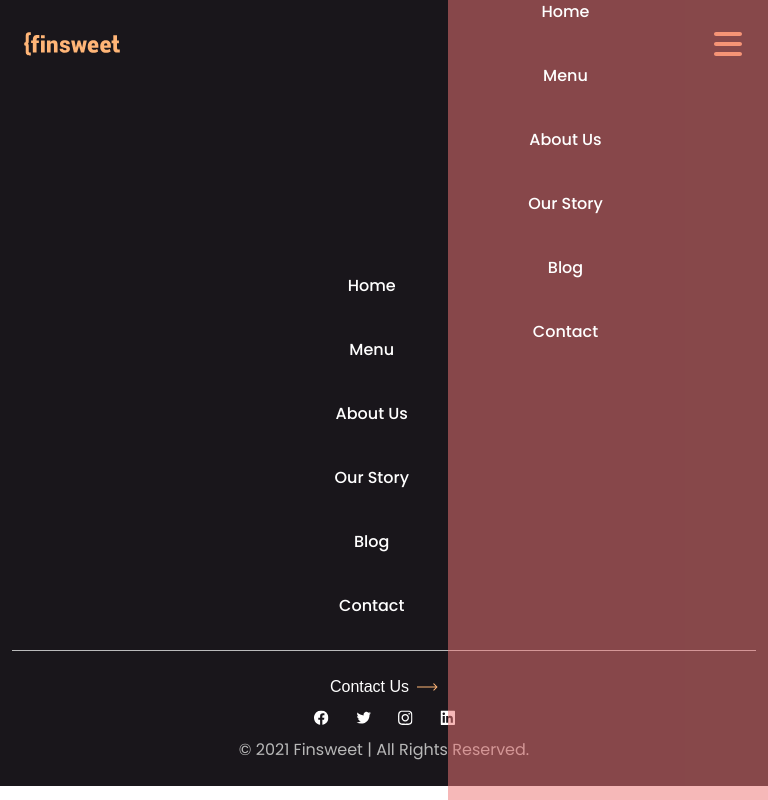
Repository: Minns-Cao/project-finsweet
Page: contact.html
The author's editor kept a copy of each file at every save. The page is drawn from the files as they stood at one save, then again after a run of saves.
The browser window is 768 px wide. The pictures show the whole page.
Some web fonts or font styles are not loaded; a fallback is used.

Above is the page before, as saved 2023-04-28 15:32:21.

After the next 2 saves:
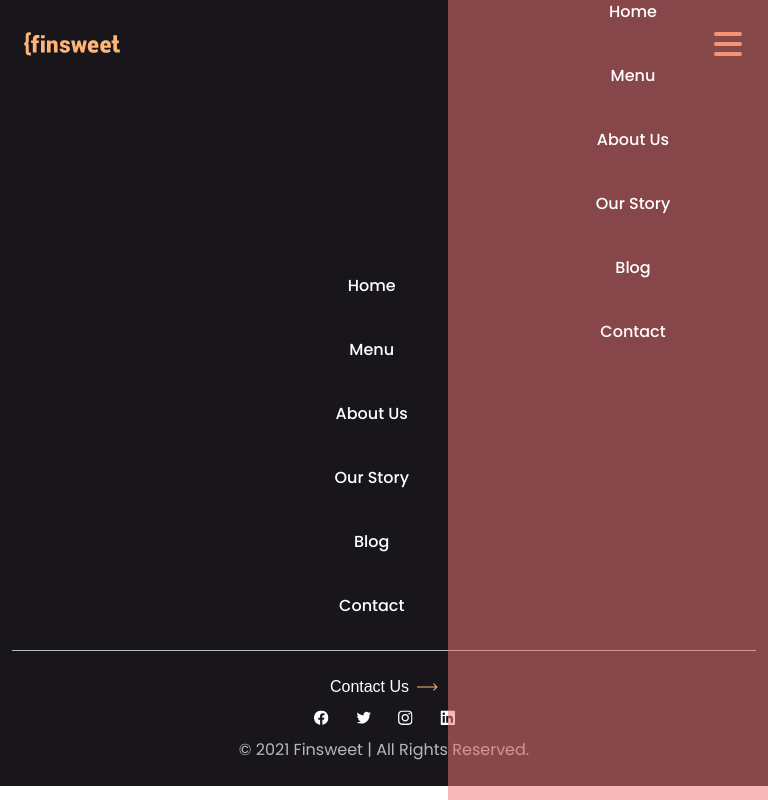
The 2 saves are shown as one change because they came seconds apart.
The last was saved 11 s later.
--- a/assets/css/style.css
+++ b/assets/css/style.css
@@ -267,7 +267,6 @@ a {
         align-items: center;
         gap: 40px;
         margin-left: 50px;
-        transform: translateX(-25%);
     }
 
     .nav-mb li a {
@@ -275,6 +274,7 @@ a {
         font-size: 1.6rem;
         line-height: 1.5;
         color: #ffffff;
+        transform: translateX(-25%);
     }
 
     /* Footer */
